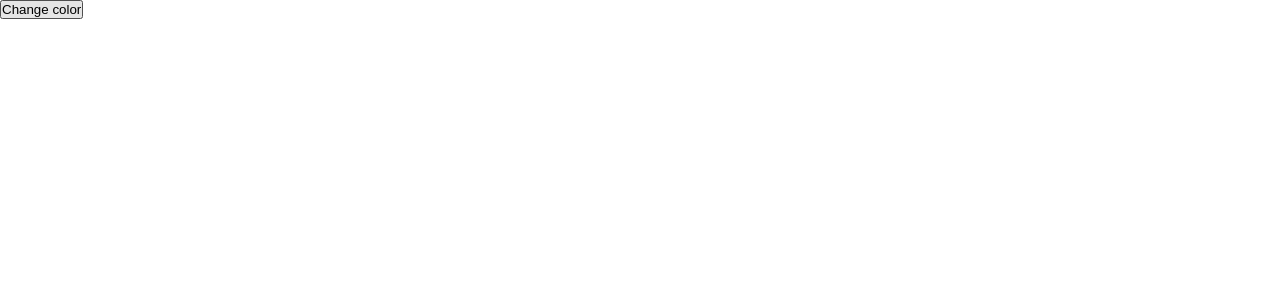
Repository: codysun1912/Javascript-coures
Page: index.html
The author's editor kept a copy of each file at every save. The page is drawn from the files as they stood at one save, then again after the next save.
The browser window is 1280 px wide. The pictures show the whole page.

Above is the page before, as saved 2022-02-25 14:06:00.
Console error: TypeError: Cannot read properties of null (reading 'addEventListener')

After the next save:
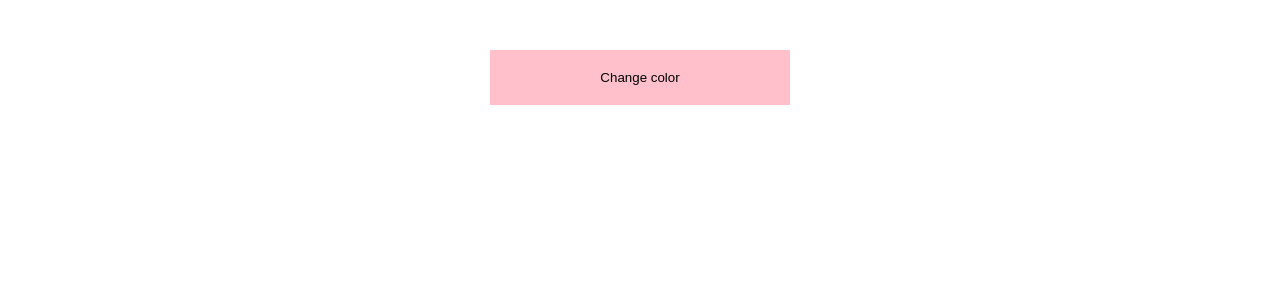
Saved 20 s later.
--- a/css/app.css
+++ b/css/app.css
@@ -155,7 +155,7 @@ html {
   border:5px solid;
 }
 
-.button {
+.button-change {
   padding:20px;
   color: black;
   background-color: pink;
